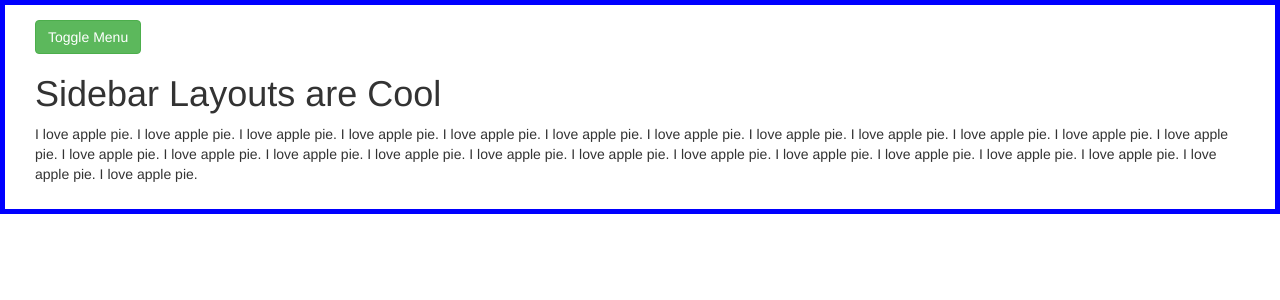
Repository: Juliolikescoding/WEB1010_bootstrap
Page: sidebartemp.html
The author's editor kept a copy of each file at every save. The page is drawn from the files as they stood at one save, then again after the next save.
The browser window is 1280 px wide. The pictures show the whole page.
Some web libraries are served in a nearby version.

Above is the page before, as saved 2018-05-14 19:23:02.

After the next save:
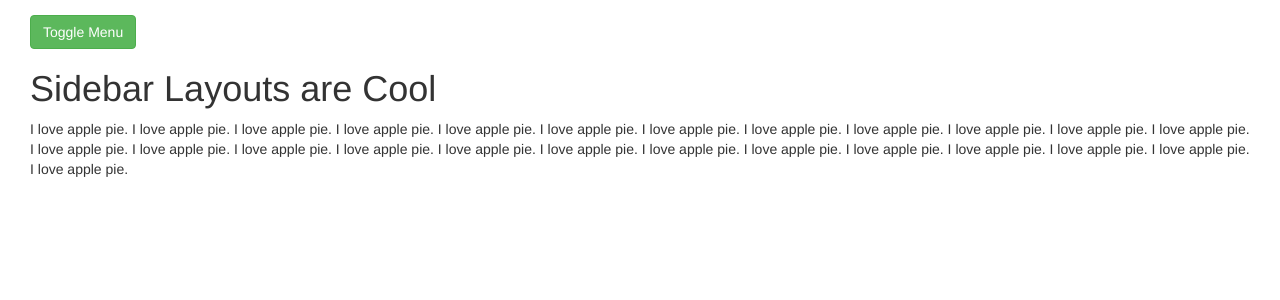
Saved 4 s later.
--- a/sidebar.css
+++ b/sidebar.css
@@ -14,7 +14,7 @@
     width: 100%;
     position: absolute;
     padding: 15px;
-    border: 5px solid blue;
+
  }
 
 
